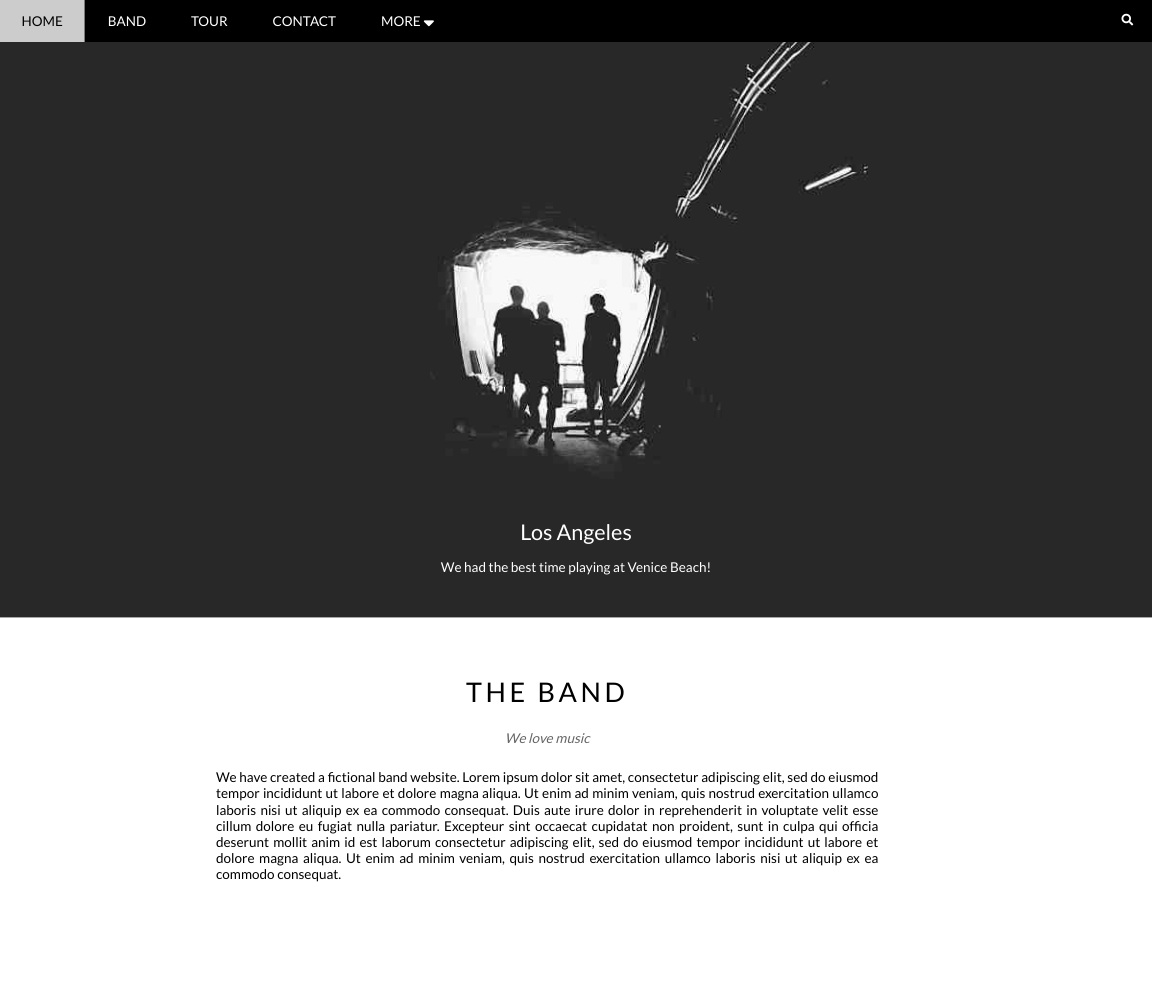
Repository: nguyenthaicong265/w3-band
Page: index.html
An editor plug-in stored every save of this project. The page is shown before and after the next save, followed by the edit.
The browser window is 1280 px wide. The pictures show the whole page, at 90% of full size.

Above is the page before, as saved 2021-12-28 16:51:39.

### index.html
<!DOCTYPE html>
<html lang="en">
<head>
    <meta charset="UTF-8">
    <meta http-equiv="X-UA-Compatible" content="IE=edge">
    <meta name="viewport" content="width=device-width, initial-scale=1.0">
    <title>Document</title>
    <link rel="stylesheet" href="./assets/css/styles.css">
    <link rel="stylesheet" href="https://fonts.googleapis.com/css?family=Lato">
    <link rel="stylesheet" href="./assets/font/themify-icons-font/themify-icons/themify-icons.css">
    <link rel="stylesheet" href="./assets/font/fontawesome-free-5.15.4-web/css/all.css">
</head>
<body>
    <div id="main">
        <div id="header">
            <ul id="nav">
                <li><a href="">Home</a></li>
                <li><a href="">Band</a></li>
                <li><a href="">Tour</a></li>
                <li><a href="">Contact</a></li>
                <li>
                    <a href="#">
                        More
                        <i class="fas fa-sort-down"></i>
                    </a>
                    <ul class="subnav">
                        <li><a href="#">Merchandise</a></li>
                        <li><a href="#">Extras</a></li>
                        <li><a href="#">Media</a></li>
                    </ul>
                </li>
            </ul>
            <div class="search-button">
                <i class="fas fa-search"></i>
            </div>
        </div>

        <div id="slider">
            <div class="text-content">
                <h2 class="text-head">Los Angeles
                </h2>
                <div class="text-description">We had the best time playing at Venice Beach!
                </div>
            </div>
        </div>

        <div id="content">
            <div class="content-section">
                <h2 class="section-heading">
                THE BAND
                </h2>
                <p class="section-sub-heading">
                We love music
                </p>
                <p class="about-text">We have created a fictional band website. Lorem ipsum dolor sit amet, consectetur adipiscing elit, sed do eiusmod tempor incididunt ut labore et dolore magna aliqua. Ut enim ad minim veniam, quis nostrud exercitation ullamco laboris nisi ut aliquip ex ea commodo consequat. Duis aute irure dolor in reprehenderit in voluptate velit esse cillum dolore eu fugiat nulla pariatur. Excepteur sint occaecat cupidatat non proident, sunt in culpa qui officia deserunt mollit anim id est laborum consectetur adipiscing elit, sed do eiusmod tempor incididunt ut labore et dolore magna aliqua. Ut enim ad minim veniam, quis nostrud exercitation ullamco laboris nisi ut aliquip ex ea commodo consequat.
                </p>

            </div>

            <div class="content-section">

            </div>

            <div class="content-section">

            </div>
        </div>

        <div id="footer">

        </div>
    </div>
</body>
</html>

### assets/css/styles.css
/* Reset CSS */
* {
    padding: 0;
    margin: 0;
    box-sizing: border-box;
}

html {
    font-family: "Lato", sans-serif;
    font-size: 62.5%;
}

#main {

}

#header {
    position: fixed;
    top: 0;
    left: 0;
    right: 0;
    height: 46.5px;
    background-color: #000000;
    z-index: 1;
}

#header .search-button {
    float: right;
    padding: 0 21px;
}

#header .search-button:hover {
    cursor: pointer;
    background-color: #f44336!important;
}

#header .fa-search {
    color: #ffffff;
    font-size: 13px;
    line-height: 46px;
}

#nav, .subnav {
    display: inline-block;
    list-style-type: none;
}

#nav > li {
    display: inline-block;
}

#nav li {
    position: relative;
}

#nav > li > a {
    color: #ffffff;
    text-transform: uppercase;
}

#nav li a {
    text-decoration: none;
    line-height: 46.5px;
    padding: 0px 24px;
    font-size: 1.5rem;
    display: block;
}

#nav .fa-sort-down {
    font-size: 20px;
}

#nav li:hover .subnav {
    display: block;

}

#nav > li:hover > a,
#nav .subnav li:hover a {
    color: #000 !important;
    background-color: #ccc !important;
}

#nav .subnav {
    display: none;
    position: absolute;
    min-width: 160px;
    top: 46.5px;
    background-color: #ffffff;
    box-shadow: 0 0 10px rgba(0, 0, 0, 0.3);
}

#nav .subnav a {
    color: #000;
    padding: 0 12px;
    line-height: 38px;
}

#slider {
    position: relative;
    margin-top: 46px;
    padding-top: 50%;
    background: url(/assets/img/slider/slider1.jpg) top center / cover no-repeat;
}

#slider .text-content {
    position: absolute;
    color:#ffffff;
    bottom: 48px;
    width: 100%;
    text-align: center;
}

#slider .text-head {
    font-weight: 100;
    font-size: 24px;
    margin-bottom: 10px;
}
#slider .text-description {
    font-size: 15px;
    margin-top: 15px;
}

#content {

}

#content .content-section {
    width: 800px;
    margin-left: auto;
    margin-right: auto;
    padding: 64px 64px 0 0 ;

}

#content .section-heading {
    font-size: 30px;
    font-weight: 400;
    letter-spacing: 4px;
    text-align: center;
}

#content .section-sub-heading {
    font-size: 15px;
    font-style: italic;
    text-align: center;
    opacity: 0.6;
    margin-top: 25px;
}

#content .about-text {
    text-align: justify;
    font-size: 15px;
    margin-top: 25px;
    line-height: ;
}

#footer {

}

Loaded but not shown: assets/font/themify-icons-font/themify-icons/themify-icons.css (common file); assets/font/fontawesome-free-5.15.4-web/css/all.css (library)

After the next save:
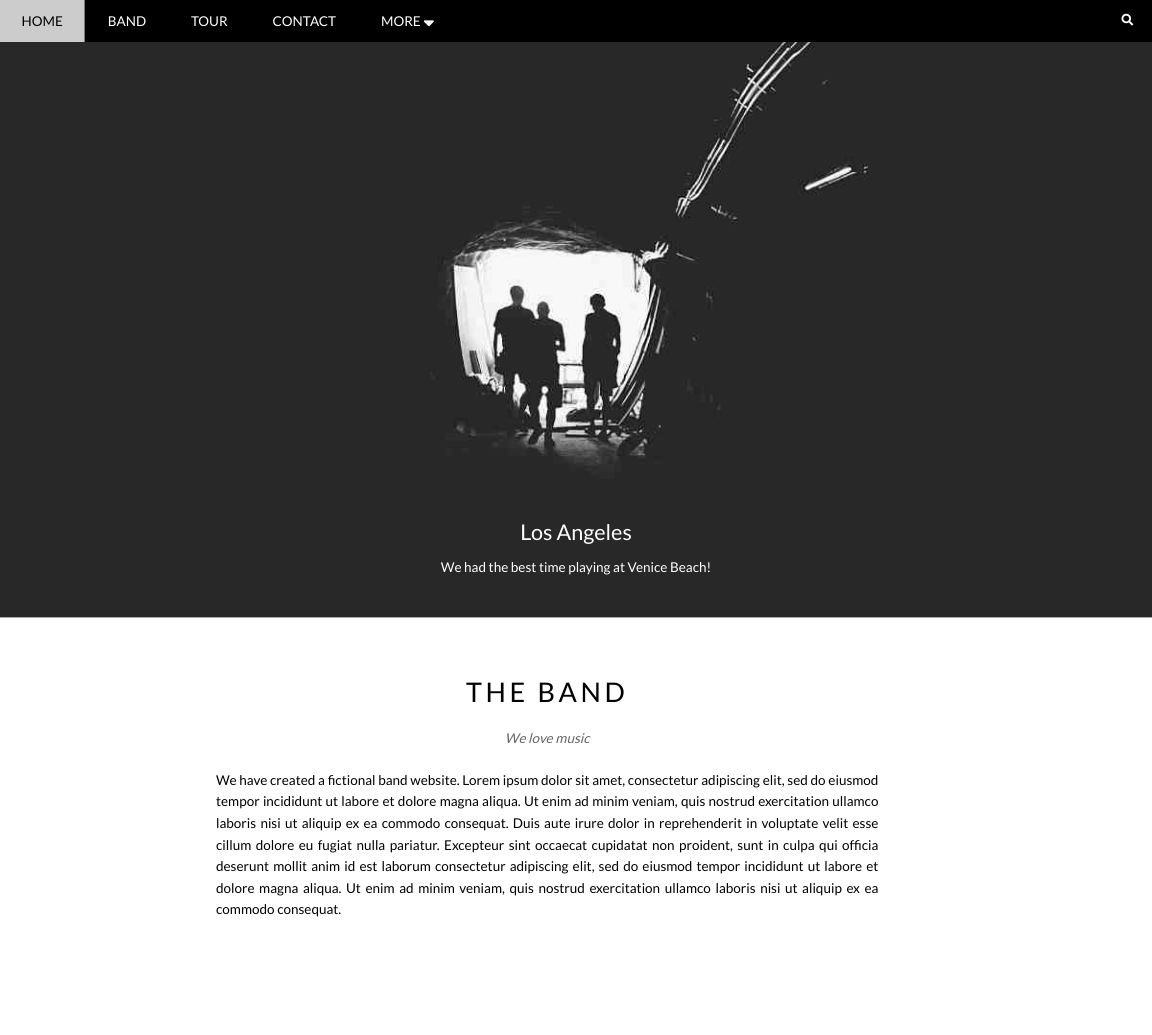
Saved 10 s later.
--- a/assets/css/styles.css
+++ b/assets/css/styles.css
@@ -152,7 +152,7 @@ html {
     text-align: justify;
     font-size: 15px;
     margin-top: 25px;
-    line-height: ;
+    line-height: 1.6;
 }
 
 #footer {
